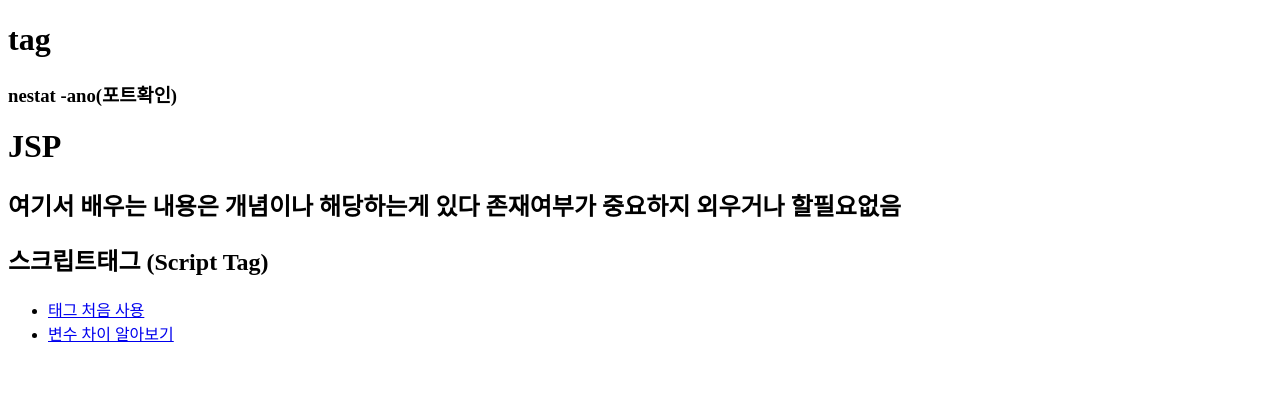
Repository: SanctusAlbino/Jsp_Servlet
Page: http://localhost/03.Tag/
The author's editor kept a copy of each file at every save. The page is drawn from the files as they stood at one save, then again after the next save.
The browser window is 1280 px wide. The pictures show the whole page.
The page is served by Tomcat 9.

Above is the page before, as saved 2023-05-19 01:44:50.

### 03.Tag/src/main/webapp/index.html
<!DOCTYPE html>
<html>
<head>
<meta charset="UTF-8">
<title>Insert title here</title>
</head>
<body>
	<h1>tag</h1>
	<h3>nestat -ano(포트확인)</h3>

	<h1>JSP</h1>
	<h2>여기서 배우는 내용은 개념이나 해당하는게 있다 존재여부가 중요하지 외우거나 할필요없음</h2>
	<h2>스크립트태그 (Script Tag)</h2>

	<ul>
		<li><a href="01.Script/Ex00Into.jsp">태그 처음 사용</a></li>
		<li><a href="01.Script/Ex01Var.jsp">변수 차이 알아보기</a></li>
	</ul>



</body>
</html>

After the next save:
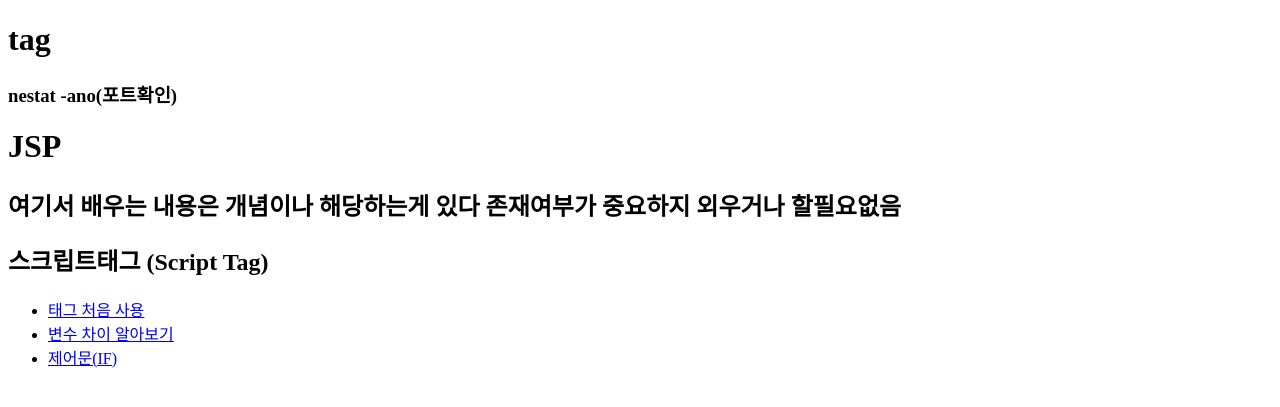
Saved 2 min 15 s later.
--- a/03.Tag/src/main/webapp/index.html
+++ b/03.Tag/src/main/webapp/index.html
@@ -15,6 +15,7 @@
 	<ul>
 		<li><a href="01.Script/Ex00Into.jsp">태그 처음 사용</a></li>
 		<li><a href="01.Script/Ex01Var.jsp">변수 차이 알아보기</a></li>
+		<li><a href="01.Script/Ex02If.jsp">제어문(IF)</a></li>
 	</ul>
 
 
